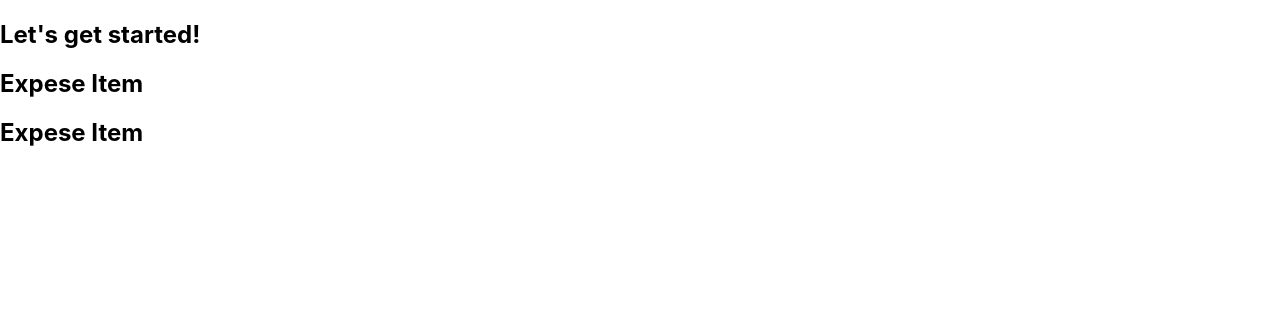
Repository: andresmazza/react-lesson
Page: /
The author's editor kept a copy of each file at every save. The page is drawn from the files as they stood at one save, then again after the next save.
The browser window is 1280 px wide. The pictures show the whole page.
The project was rebuilt for these pictures with package versions that can differ from the ones it lists, and the page was loaded fresh each time. Also part of the build but not shown: src/App.css.

Above is the page before, as saved 2023-04-07 22:24:20.

### src/App.js
import logo from './logo.svg';
import './App.css';
import ExpenseItem from './components/ExpenseItem';
function App() {
  return (
    <div>
      <h2>Let's get started!</h2>
      <ExpenseItem></ExpenseItem>
      <ExpenseItem></ExpenseItem>
    </div>
  );
}

export default App;

### src/components/ExpenseItem.js

function ExpenseItem() {
    return (
      <div>
        <h2>Expese Item</h2>
      </div>
    );
  }

export default ExpenseItem;

Loaded but not shown: public/index.html (common file); src/index.js (common file); src/index.css (common file); src/reportWebVitals.js (common file)

After the next save:
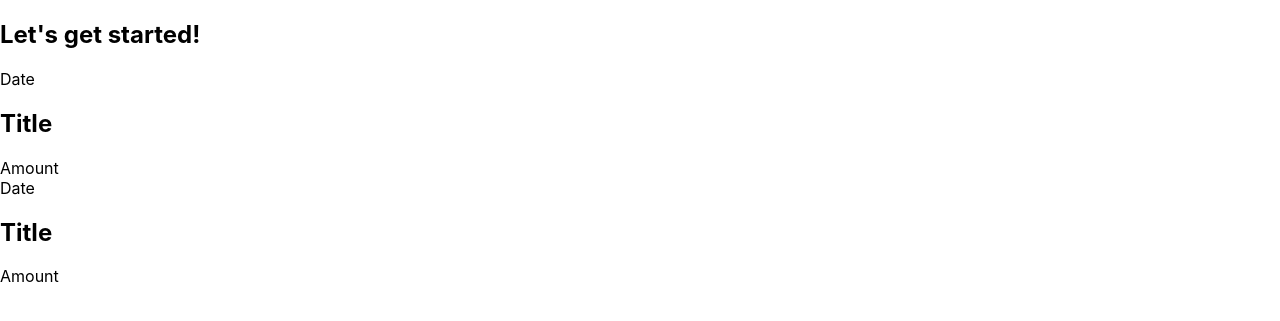
Saved 26 min 19 s later.
--- a/src/components/ExpenseItem.js
+++ b/src/components/ExpenseItem.js
@@ -2,7 +2,12 @@
 function ExpenseItem() {
     return (
       <div>
-        <h2>Expese Item</h2>
+        <div>Date</div>
+        <div>
+            <h2>Title</h2>
+            <div>Amount</div>
+        </div>
+
       </div>
     );
   }
